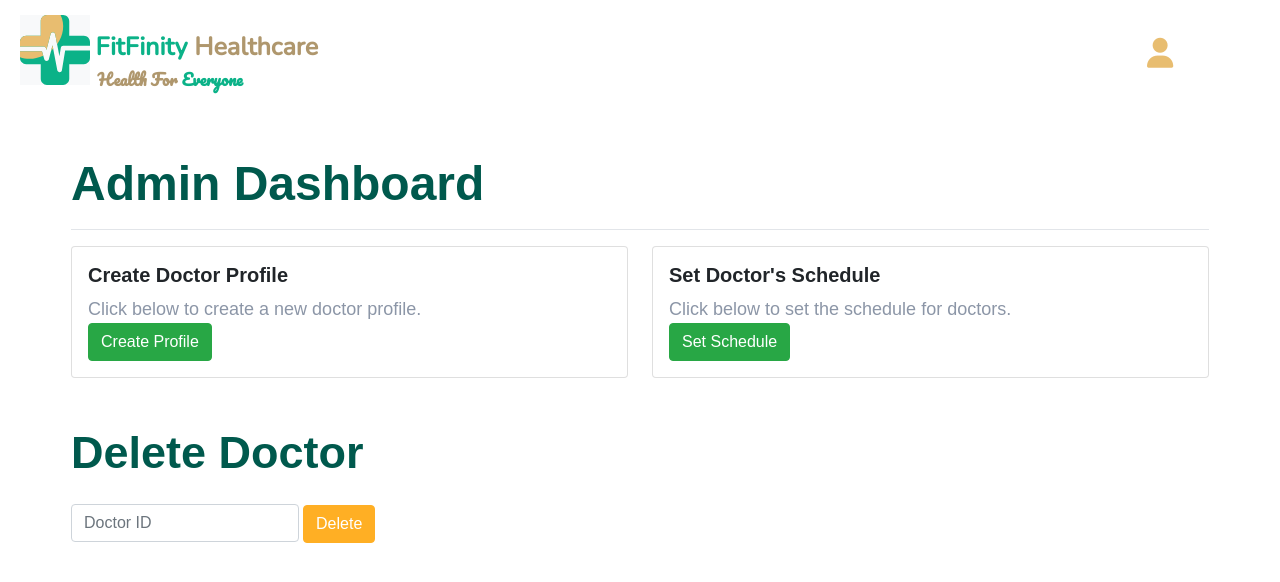
Repository: theonlymono/FitfinityHealthcareWebsiteJ2EE
Page: http://localhost/Fitfinity/adminDashboard.jsp
These files come from the project's save history. The page is drawn as it stood at one moment and after the next save; the edit follows.
The browser window is 1280 px wide. The pictures show the whole page.
Some web fonts or font styles are not loaded; a fallback is used. The page is served by Tomcat 9.

Above is the page before, as saved 2024-02-28 20:40:56.
Console error (its wording comes from the project's code and is left out).

After the next save:
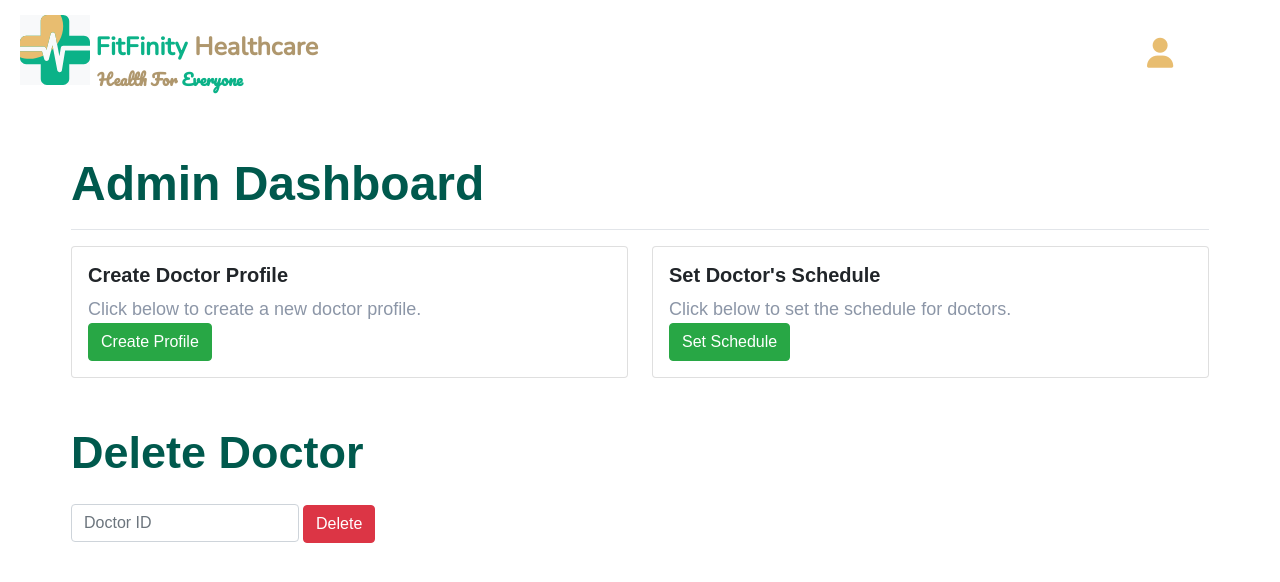
Saved 3 min 40 s later.
--- a/fitfinity/Fitfinity/WebContent/adminDashboard.jsp
+++ b/fitfinity/Fitfinity/WebContent/adminDashboard.jsp
@@ -172,11 +172,11 @@
   <div class="row">
     <div class="">
       <h2 class="mb-4">Delete Doctor</h2>
-      <form action="./DeleteAppointmentsServlet" method="POST">
+      <form id="confirmDeleteForm" action="./DeleteAppointmentsServlet" method="POST">
         <div style="display: inline;" class="form-group">
           <input placeholder="Doctor ID" style="width: 20%; display: inline;" type="text" class="form-control" id="doctorID" name="doctorID" required>
         </div>
-        <button type="submit" class="btn btn-custom">Delete</button>
+        <button type="submit" class="btn btn-danger">Delete</button>
       </form>
     </div>
   </div>
